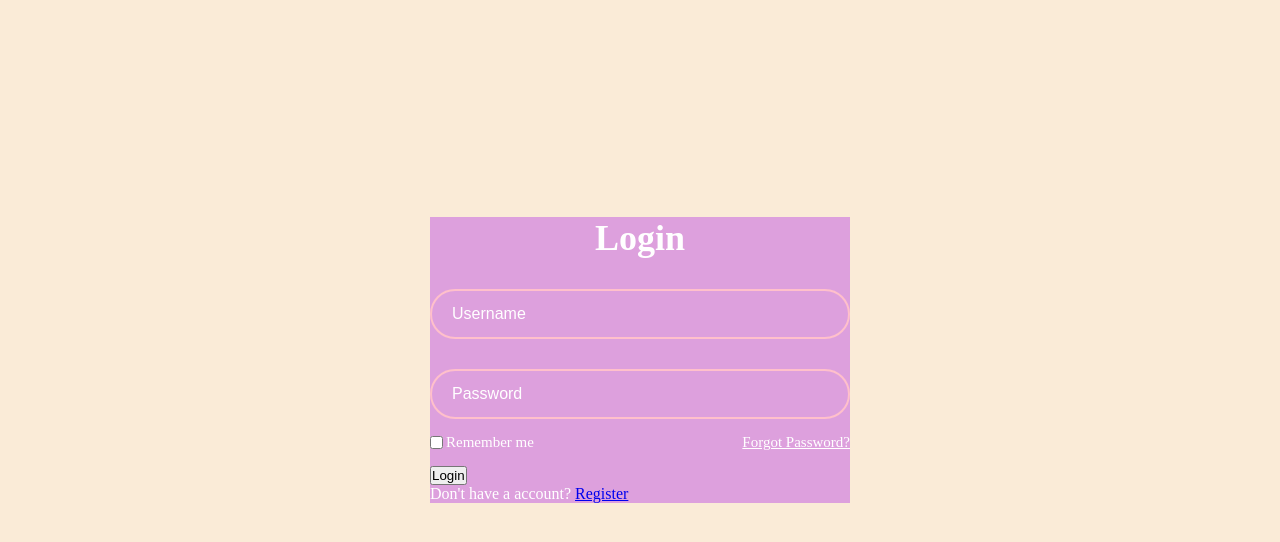
Repository: Kubraaygun/Html_Css_Login
Page: index.html
These files come from the project's save history. The page is drawn as it stood at one moment and after the next save; the edit follows.
The browser window is 1280 px wide. The pictures show the whole page.

Above is the page before, as saved 2025-03-05 19:49:00.

### index.html
<!DOCTYPE html>
<html lang="en">
  <head>
    <meta charset="UTF-8" />
    <meta name="viewport" content="width=device-width, initial-scale=1.0" />
    <title>HTML</title>
    <link rel="stylesheet" href="style.css" />
    <link
      rel="stylesheet"
      href="https://fonts.googleapis.com/icon?family=Material+Icons"
    />
  </head>

  <body>
    <div class="container">
      <form action="">
        <!-- Baslik -->
        <h1 class="login">Login</h1>

        <!-- input alanimiz -->

        <!-- surname -->
        <div class="input-box">
          <input type="text" required placeholder="Username" />
        </div>

        <!-- Password -->
        <div class="input-box">
          <input type="password" required placeholder="Password" />
        </div>

        <!-- Remember me Alani -->
        <div class="remember-me">
          <label>
            <input class="checkbox" type="checkbox" />Remember
            <span>&nbsp;</span>me
          </label>
          <a class="forgotPassword" href="">Forgot Password?</a>
        </div>

        <!-- Button -->
        <button type="submit" class="button">Login</button>

        <!-- Register Link -->
        <div class="register-link">
          <p>Don't have a account? <a href="#"> Register</a></p>
        </div>
      </form>
    </div>
  </body>
</html>

### style.css
* {
  margin: 0;
  padding: 0;
  box-sizing: border-box;
}

body {
  display: flex;
  justify-content: center;
  align-items: center;
  min-height: 100vh; /* vh: Tarayici penceresinin yuksekligine gore yuzde olarak boyut belirler. 1vh pencere yuksekliginin %1ine esittir */
  background-color: antiquewhite;
}

.container {
  width: 420px;
  background-color: plum;
  color: white;
}

.login {
  font-size: 36px;
  text-align: center;
}
.input-box {
  width: 100%;
  height: 50px;
  margin: 30px 0;
}

input {
  width: 100%;
  height: 100%;
  background-color: transparent;
  border: none;
  outline: none;
  border: 2px solid pink;
  border-radius: 30px;
  font-size: 16px;
  color: purple;
  padding: 20px;
}
input:hover {
  background-color: pink;
}
input::placeholder {
  color: #fff;
}

.remember-me {
  display: flex;
  justify-content: space-between;
  font-size: 15px;
  margin: -15px 0 15px;
}

label {
  display: flex;
  align-items: center;
}

.checkbox {
  accent-color: purple;
  margin-right: 3px;
}
.forgotPassword {
  color: #fff;
}

After the next save:
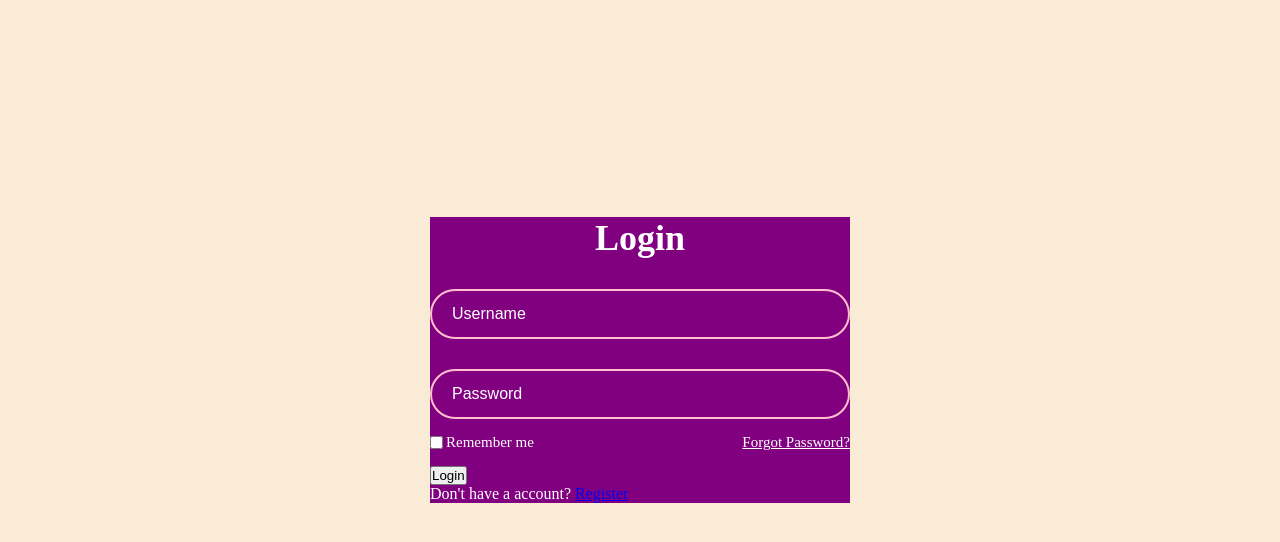
Saved 15 s later.
--- a/style.css
+++ b/style.css
@@ -14,7 +14,7 @@
 
 .container {
   width: 420px;
-  background-color: plum;
+  background-color: purple;
   color: white;
 }
 

After the save that followed:
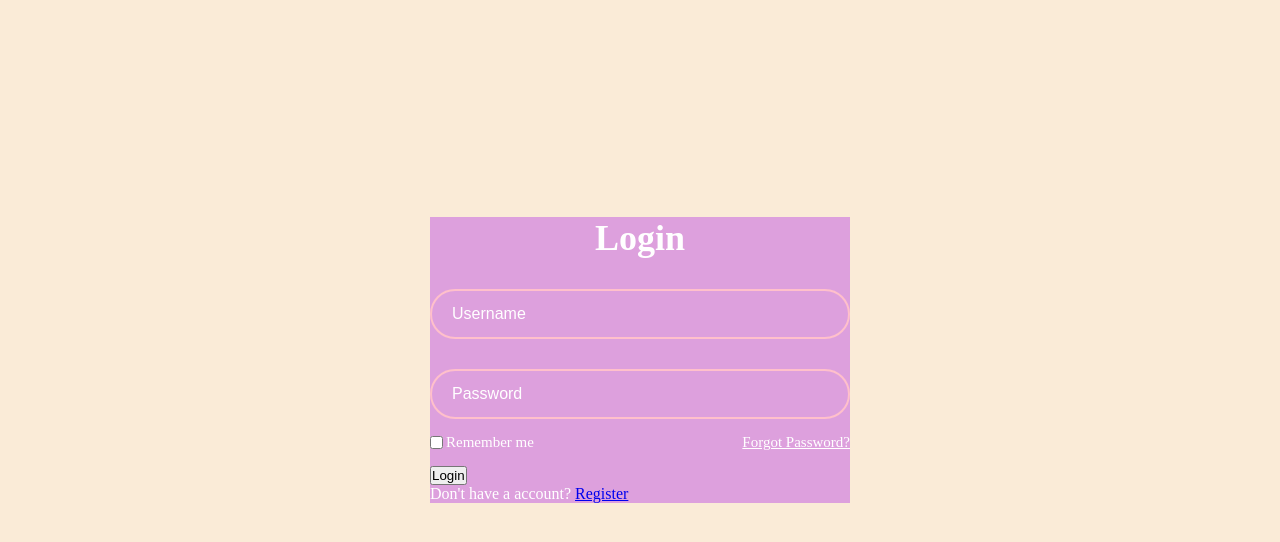
Saved 16 s later.
--- a/style.css
+++ b/style.css
@@ -14,7 +14,7 @@
 
 .container {
   width: 420px;
-  background-color: purple;
+  background-color: plum;
   color: white;
 }
 
